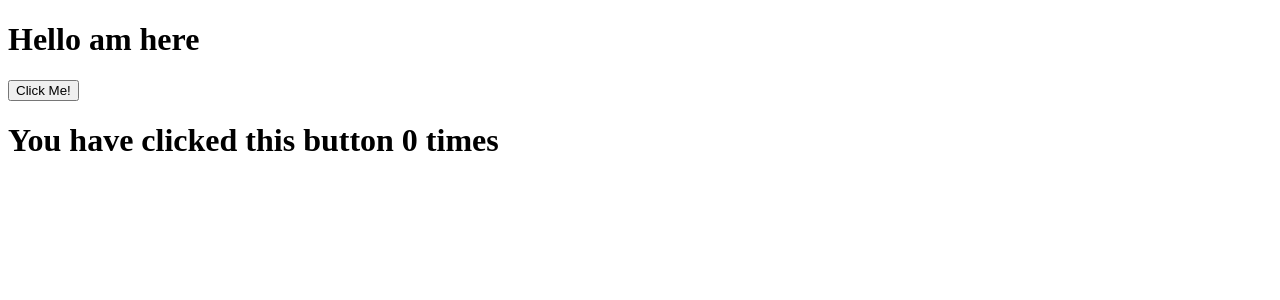
Repository: ohis/JAVAOnTheWeb
Page: http://localhost/ButtonClicker/Clicker
These files come from the project's save history. The page is drawn as it stood at one moment and after the next save; the edit follows.
The browser window is 1280 px wide. The pictures show the whole page.
The page is served by Tomcat 9.

Above is the page before, as saved 2017-12-03 03:03:32.

After the next save:
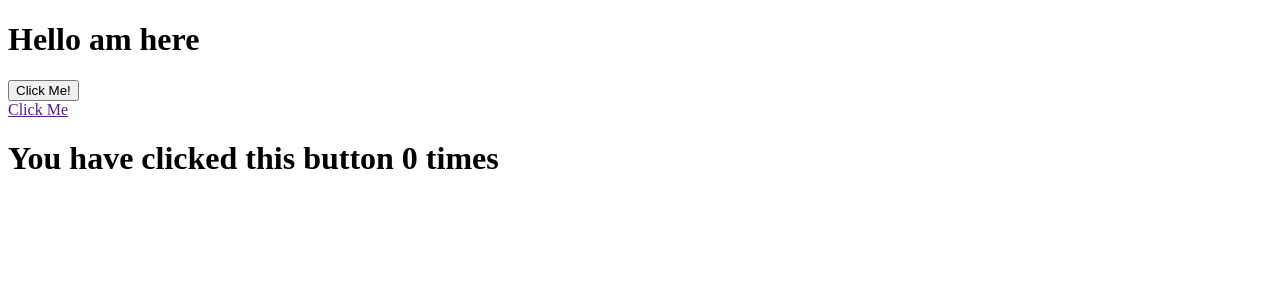
Saved 3 min 46 s later.
--- a/servlets/ButtonClicker/WebContent/WEB-INF/views/click.jsp
+++ b/servlets/ButtonClicker/WebContent/WEB-INF/views/click.jsp
@@ -12,7 +12,7 @@
   <form action="Clicker" method="get">
     <input type="submit" value="Click Me!">
   </form>
-
+  <a href> Click Me</a>
   <h1>You have clicked this button ${clicks} times</h1>
 
 </body>
